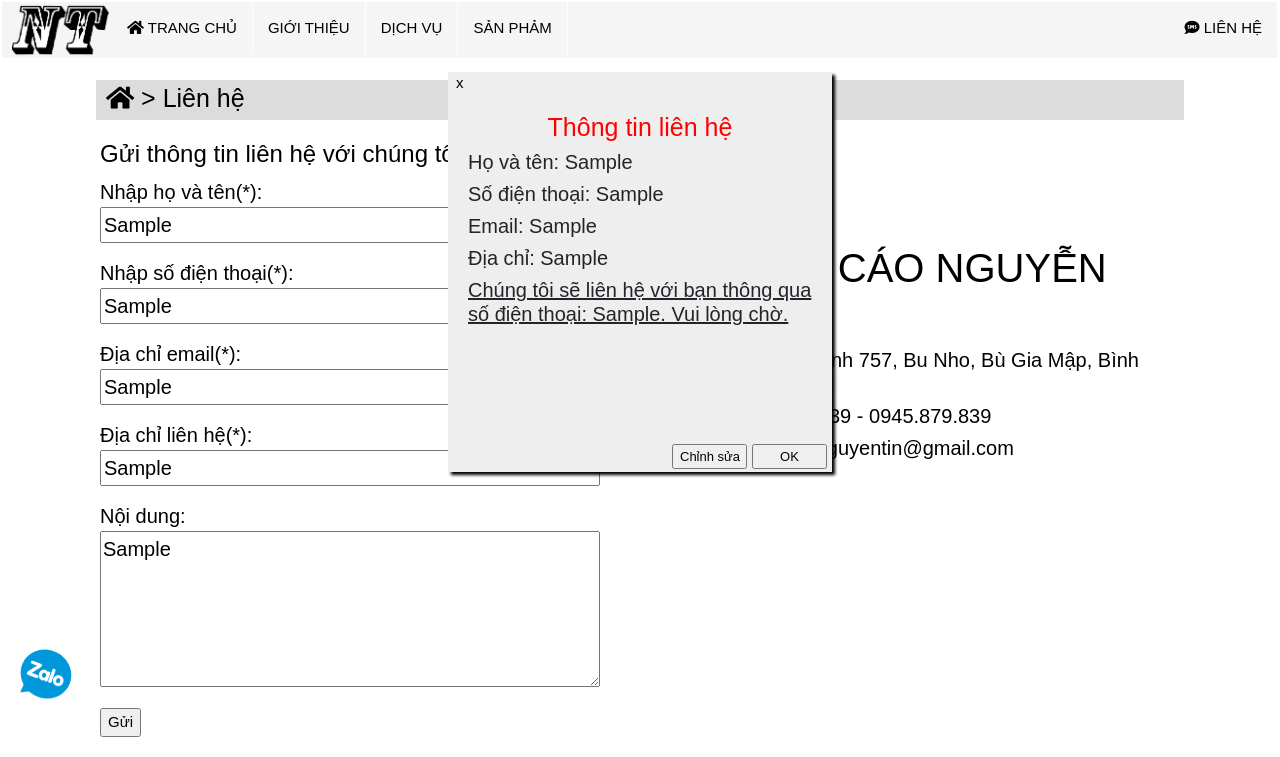
Repository: Haunguyen42193/quangcaonguyentin.github.io
Page: contact.html
These files come from the project's save history. The page is drawn as it stood at one moment and after the next save; the edit follows.
The browser window is 1280 px wide. The pictures show the part of the page from y = 0 to 757 px (the page is 1526 px tall).
Empty fields were first filled with sample values (such as "Sample", 5 or name@example.com).
After loading, the first visible `#submit` was clicked once.
Pictures or frames that could not be fetched are drawn as grey boxes. Some web fonts or font styles are not loaded; a fallback is used. Some web libraries are served in a nearby version.

Above is the page before, as saved 2021-09-17 18:29:55.

After the next save:
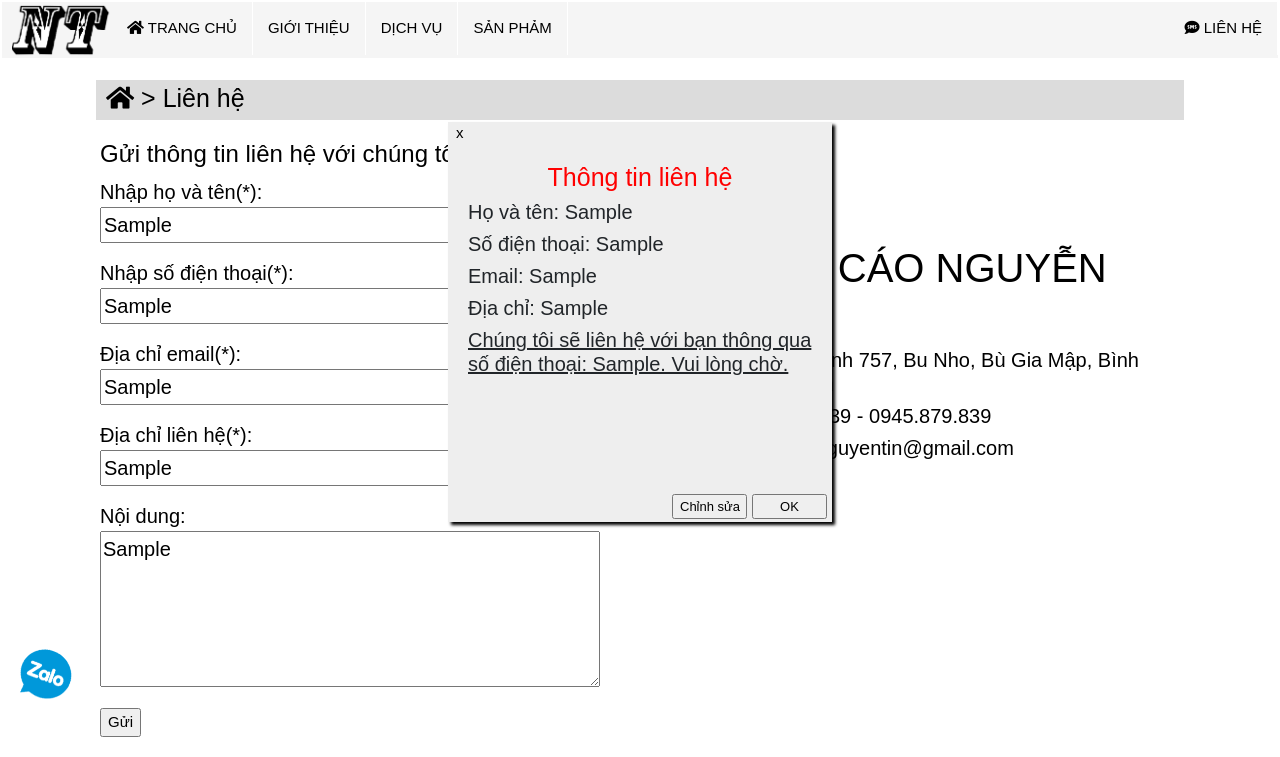
Saved 53 s later.
--- a/CSS/stylecontact.css
+++ b/CSS/stylecontact.css
@@ -270,6 +270,7 @@
     top: 10%;
     left:35%;
     box-shadow: 3px 3px 3px black;
+    margin: 50px 0;
 }
 .inform a{
     padding: 0 8px 5px;

After the save that followed:
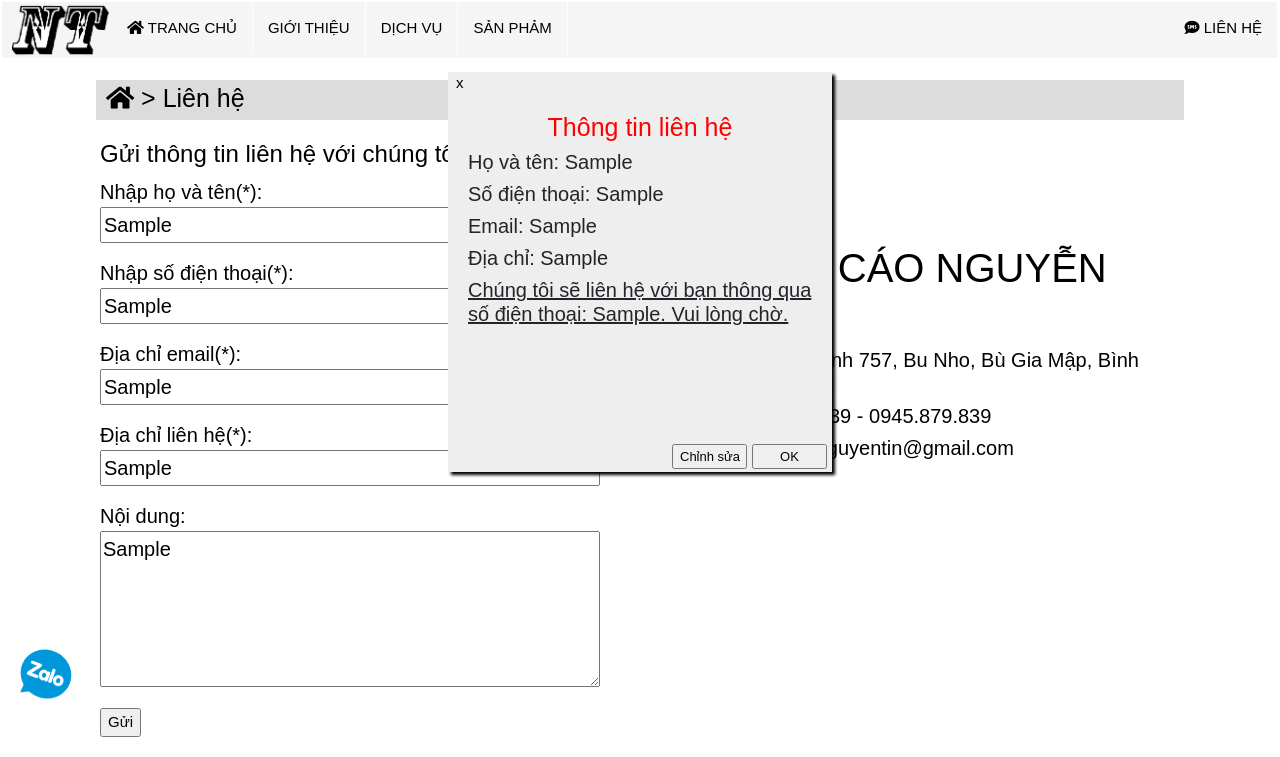
Saved 38 s later.
--- a/CSS/stylecontact.css
+++ b/CSS/stylecontact.css
@@ -270,7 +270,8 @@
     top: 10%;
     left:35%;
     box-shadow: 3px 3px 3px black;
-    margin: 50px 0;
+    display: flex;
+    flex-direction: column;
 }
 .inform a{
     padding: 0 8px 5px;
